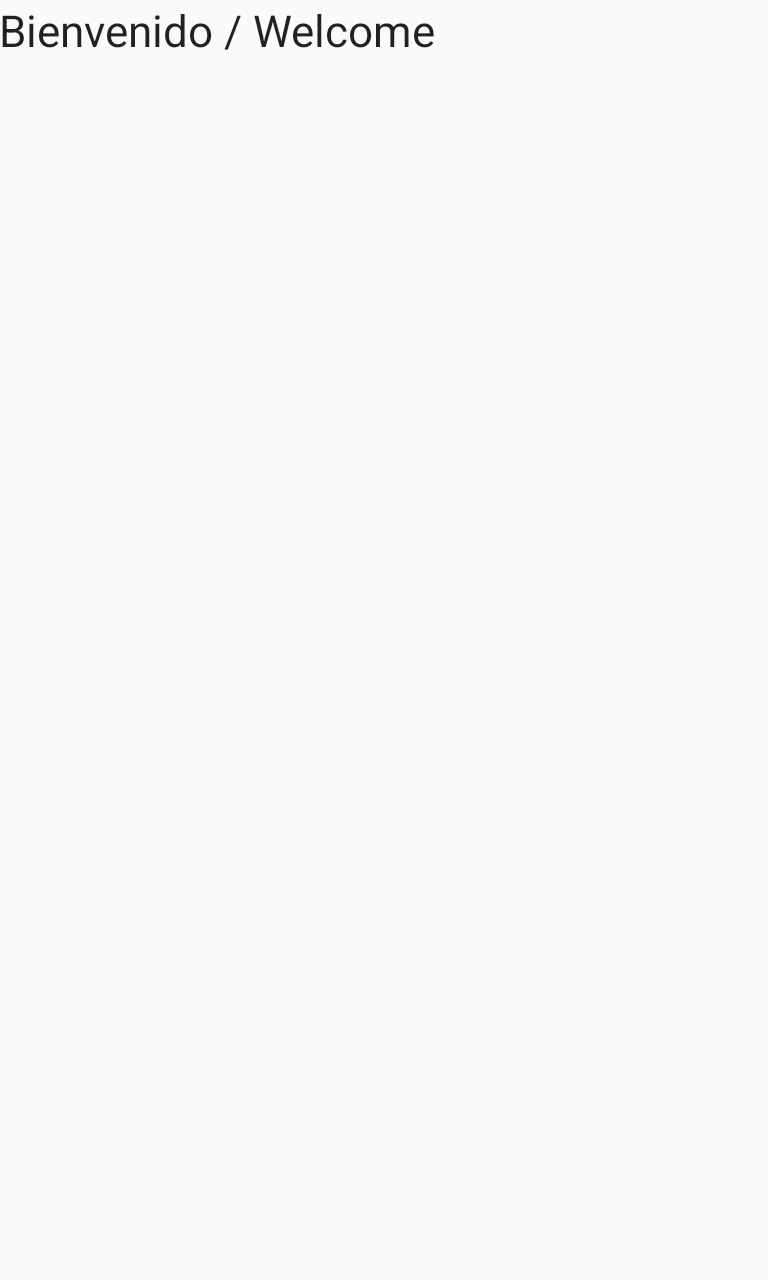
Repository: arodriguezp2003/aqandroid
Layout: Prueba/res/layout/alerta_exitosa.xml
The author's editor kept a copy of each file at every save. The layout is drawn from the files as they stood at one save, then again after the next save.
It is drawn on a 768 x 1280 px phone screen (xhdpi) without system bars, with theme AppTheme; the app's code is not run.

Above is the layout before, as saved 2014-07-09 19:04:09.

### Prueba/res/layout/alerta_exitosa.xml
<?xml version="1.0" encoding="utf-8"?>
<LinearLayout xmlns:android="http://schemas.android.com/apk/res/android"
    android:layout_width="match_parent"
    android:layout_height="match_parent"
    android:orientation="vertical"
    android:padding="10pd">

    <TextView
        android:id="@+id/textView1"
        android:layout_width="wrap_content"
        android:layout_height="wrap_content"
        android:text="Bienvenido / Welcome"
        android:textAppearance="?android:attr/textAppearanceLarge" />

</LinearLayout>

Loaded but not shown: Prueba/res/values/styles.xml (common file); Prueba/res/values-v11/styles.xml (common file); Prueba/res/values-v14/styles.xml (common file)

After the next save:
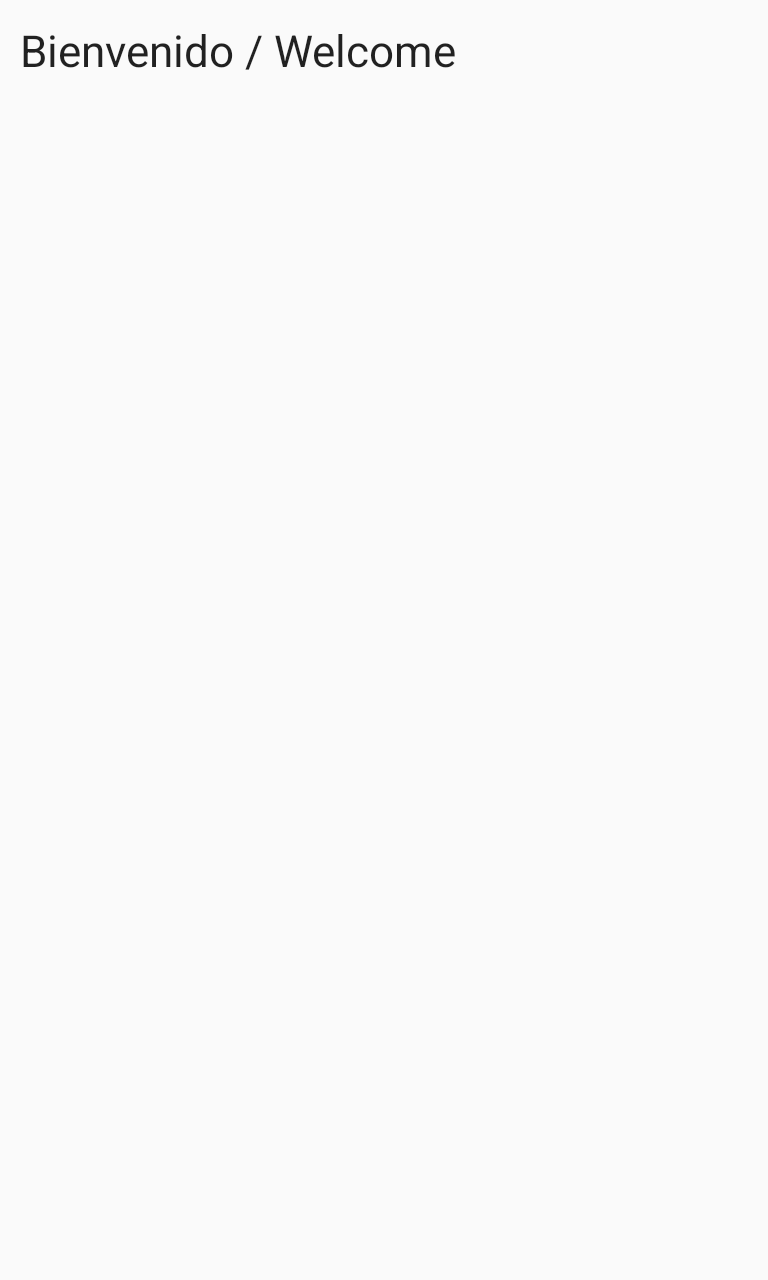
Saved 5 s later.
--- a/Prueba/res/layout/alerta_exitosa.xml
+++ b/Prueba/res/layout/alerta_exitosa.xml
@@ -3,7 +3,7 @@
     android:layout_width="match_parent"
     android:layout_height="match_parent"
     android:orientation="vertical"
-    android:padding="10pd">
+    android:padding="10dp">
 
     <TextView
         android:id="@+id/textView1"
